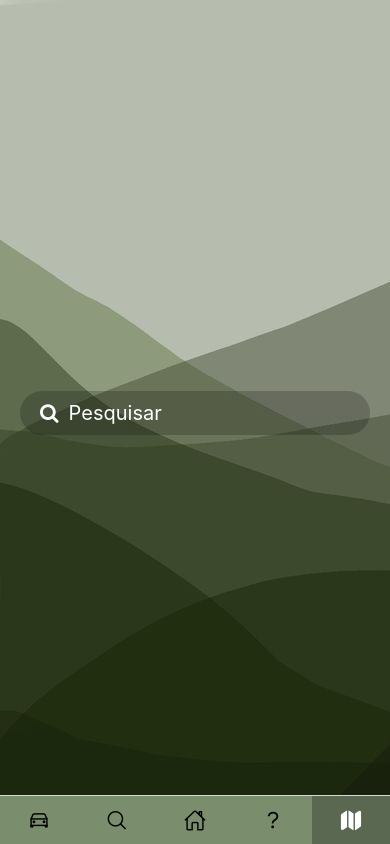
Repository: GabrielAron/EcoWheels
Screen: /Recarga
The author's editor kept a copy of each file at every save. The screen is drawn from the files as they stood at one save, then again after the next save.
The app was drawn by React Native's web renderer in a window 390 px wide. The project was rebuilt for these pictures with package versions that can differ from the ones it lists, and the page was loaded fresh each time. Also part of the build but not shown: src/Paginas/Home/index.js, src/Paginas/Carros/index.js, src/Paginas/Ajuda/index.js.

Above is the screen before, as saved 2023-11-07 12:55:00.

### App.js
import React from 'react';
import Routes from './src/Paginas/routes';


export default function App() {
  return (
    <Routes />
  );

}

### src/Paginas/routes.js
import React from 'react';
import { createBottomTabNavigator } from '@react-navigation/bottom-tabs';
import { NavigationContainer } from '@react-navigation/native';
import { Ionicons } from '@expo/vector-icons';

import Home from './Home';
import Explorar from './Carros';
import Ajuda from './Ajuda';
import Reservas from './Locacoes';
import Recarga from './Mapa';

const Tab = createBottomTabNavigator();

export default function Routes() {
  return (
    <NavigationContainer>
      <Tab.Navigator
        tabBarOptions={{
          showLabel: false, // Oculta as etiquetas de texto das guias
          style: {
            height: 60,
            backgroundColor: '#f5f5f5',
          },
          tabBarStyle:{
            position: 'absolute',
            borderTopWidth: 0,
            elevation: 0,
            backgroundColor: '#7A8D6D',
            height: 80, // Ajuste a altura conforme necessário
            borderRadius: 10,
            bottom: 14,
            left: 14,
            right: 14,
          },
          tabStyle: {
            elevation: 0,
          },
          inactiveBackgroundColor: '#7A8D6D',
          activeBackgroundColor: '#5A6851',
        }}
      >
        <Tab.Screen
          name="Reservas"
          component={Reservas}
          options={{
            headerShown: false,
            tabBarIcon: ({ color, size, focused }) => {
              if (focused) {
                return <Ionicons name="md-car" size={23} color="#FFF" />;
              } else {
                return <Ionicons name="md-car-outline" size={23} color="#000000" />;
              }
            },
          }}
        />
        <Tab.Screen
          name="Explorar"
          component={Explorar}
          options={{
            headerShown: false,
            tabBarIcon: ({ color, size, focused }) => {
              if (focused) {
                return <Ionicons name="md-search" size={23} color="#FFF" />;
              } else {
                return <Ionicons name="md-search-outline" size={23} color="#000000" />;
              }
            },
          }}
        />
        <Tab.Screen
          name="Home"
          component={Home}
          options={{
            headerShown: false,
            tabBarIcon: ({ color, size, focused }) => {
              if (focused) {
                return <Ionicons name="md-home" size={23} color="#FFF" />;
              } else {
                return <Ionicons name="md-home-outline" size={23} color="#000000" />;
              }
            },
          }}
        />
        <Tab.Screen
          name="Ajuda"
          component={Ajuda}
          options={{
            headerShown: false,
            tabBarIcon: ({ color, size, focused }) => {
              if (focused) {
                return <Ionicons name="md-help" size={23} color="#FFF" />;
              } else {
                return <Ionicons name="md-help-outline" size={23} color="#000000" />;
              }
            },
          }}
        />
        <Tab.Screen
          name="Recarga"
          component={Recarga}
          options={{
            headerShown: false,
            tabBarIcon: ({ color, size, focused }) => {
              if (focused) {
                return <Ionicons name="md-map" size={23} color="#FFF" />;
              } else {
                return <Ionicons name="md-map-outline" size={23} color="#000000" />;
              }
            },
          }}
        />
      </Tab.Navigator>
    </NavigationContainer>
  );
}

### src/Paginas/Locacoes/index.js
import React from 'react';
import { View, Text, ImageBackground, StyleSheet } from 'react-native';
import Fundo from '/imagens/fundoverde.jpg';

export default function Reservas() {
  return (
    <View style={styles.container}>
      <ImageBackground source={Fundo} style={styles.image}>
        <Text style={styles.text}>Reservas</Text>
      </ImageBackground>
    </View>
  );
}

const styles = StyleSheet.create({
  container: {
    flex: 1,
  },
  image: {
    flex: 1,
    resizeMode: 'cover',
    justifyContent: 'center',
  },
  text: {
    fontSize: 25,
    color: '#000',
    fontWeight: 'bold',
    textAlign: 'center',
  },
});

### src/Paginas/Mapa/index.js
import React, { useState } from 'react';
import { ImageBackground, StyleSheet, Text, View, Image, TextInput, TouchableOpacity } from 'react-native';
import { FontAwesome } from '@expo/vector-icons';
import Fundo from '/imagens/fundoverde.jpg';

const Mapa = () => {
  const [searchText, setSearchText] = useState('');

  const handleSearch = () => {
    console.log('Texto de pesquisa:', searchText);
  };

  const handleClearSearch = () => {
    setSearchText('');
  };

  return (
    <View style={styles.container}>
      <ImageBackground source={Fundo} style={styles.image}>
        <View style={styles.searchContainer}>
          <FontAwesome name="search" size={20} color="white" style={styles.icon} />
          <TextInput
            placeholder="Pesquisar"
            placeholderTextColor="white"
            style={styles.input}
            value={searchText}
            onChangeText={text => setSearchText(text)}
            onSubmitEditing={handleSearch}
            selectionColor="transparent" // Adicionado para remover a marcação branca
          />
          {searchText !== '' && (
            <TouchableOpacity onPress={handleClearSearch}>
              <FontAwesome name="times" size={20} color="white" style={styles.clearIcon} />
            </TouchableOpacity>
          )}
        </View>
      </ImageBackground>
    </View>
  );
};

const styles = StyleSheet.create({
  container: {
    flex: 1,
    marginTop: 0, // Remover margem superior
  },
  image: {
    flex: 1,
    resizeMode: 'cover',
    justifyContent: 'center',
  },
  searchContainer: {
    flexDirection: 'row',
    alignItems: 'center',
    justifyContent: 'space-between',
    backgroundColor: 'rgba(0, 0, 0, 0.2)',
    borderRadius: 100,
    marginHorizontal: 20,
    paddingHorizontal: 20,
    paddingVertical: 10,
    marginTop: 30,
  },
  icon: {
    marginRight: 10,
  },
  input: {
    flex: 1,
    color: 'white',
    fontSize: 20,
    outlineColor: 'transparent', // Adicionado para remover a marcação branca
  },
  clearIcon: {
    marginLeft: 10,
  },
});

export default Mapa;

After the next save:
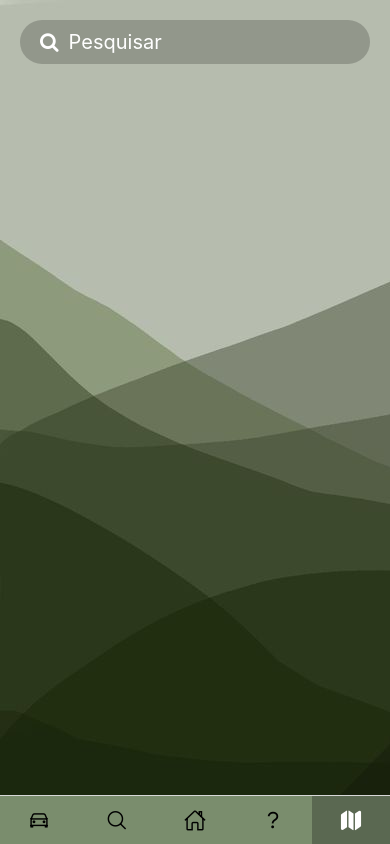
Saved 34 s later.
--- a/src/Paginas/Mapa/index.js
+++ b/src/Paginas/Mapa/index.js
@@ -26,7 +26,7 @@ const Mapa = () => {
             value={searchText}
             onChangeText={text => setSearchText(text)}
             onSubmitEditing={handleSearch}
-            selectionColor="transparent" // Adicionado para remover a marcação branca
+            selectionColor="transparent"
           />
           {searchText !== '' && (
             <TouchableOpacity onPress={handleClearSearch}>
@@ -42,7 +42,7 @@ const Mapa = () => {
 const styles = StyleSheet.create({
   container: {
     flex: 1,
-    marginTop: 0, // Remover margem superior
+    marginTop: 0,
   },
   image: {
     flex: 1,
@@ -55,10 +55,13 @@ const styles = StyleSheet.create({
     justifyContent: 'space-between',
     backgroundColor: 'rgba(0, 0, 0, 0.2)',
     borderRadius: 100,
-    marginHorizontal: 20,
+    margin: 20,
     paddingHorizontal: 20,
     paddingVertical: 10,
-    marginTop: 30,
+    position: 'absolute', // Adicionado para posicionar no topo
+    top: 0, // Adicionado para posicionar no topo
+    left: 0, // Adicionado para posicionar no topo
+    right: 0, // Adicionado para posicionar no topo
   },
   icon: {
     marginRight: 10,
@@ -67,7 +70,7 @@ const styles = StyleSheet.create({
     flex: 1,
     color: 'white',
     fontSize: 20,
-    outlineColor: 'transparent', // Adicionado para remover a marcação branca
+    outlineColor: 'transparent',
   },
   clearIcon: {
     marginLeft: 10,
